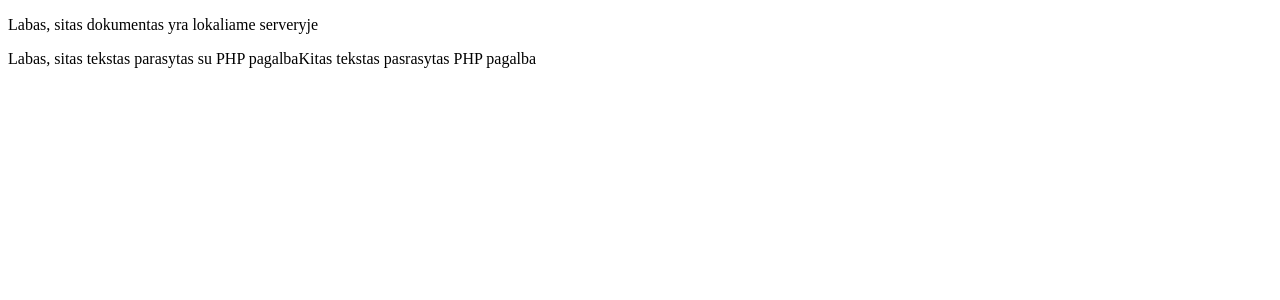
Repository: motiejus1/01-paskaita-PHP-05.31
Page: http://localhost/
The author's editor kept a copy of each file at every save. The page is drawn from the files as they stood at one save, then again after a run of saves.
The browser window is 1280 px wide. The pictures show the whole page.
The page is run by PHP 8.4 with error messages shown; the project is at /var/www/html/.

Above is the page before, as saved 2021-07-22 20:34:46.

After the next 3 saves:
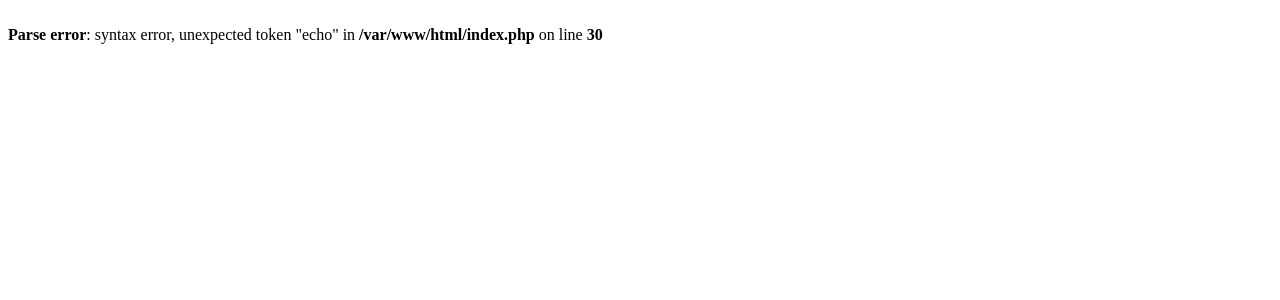
The 3 saves are shown as one change because they came seconds apart.
The last was saved 13 s later.
--- a/index.php
+++ b/index.php
@@ -24,6 +24,9 @@
         $tiesa = true;
         $melas = false;
 
+
+        echo
+
         echo "Labas, sitas tekstas parasytas su PHP pagalba";
         echo "Kitas tekstas pasrasytas PHP pagalba";
     ?>

After the 2 saves that followed:
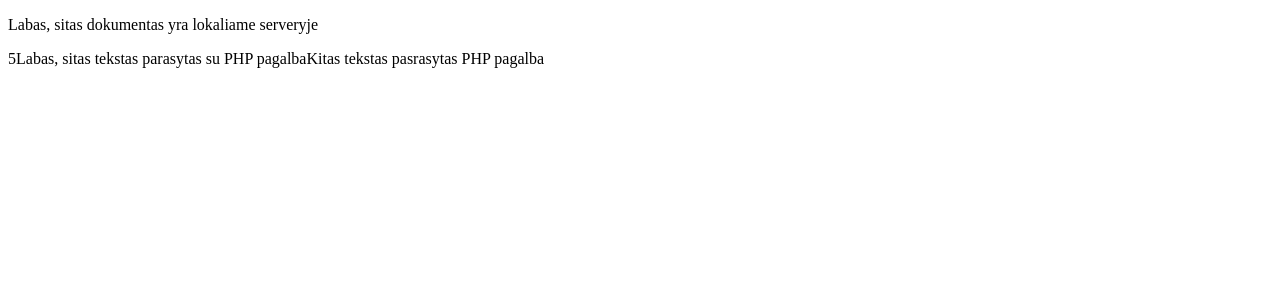
The 2 saves are shown as one change because they came seconds apart.
The last was saved 14 s later.
--- a/index.php
+++ b/index.php
@@ -25,7 +25,8 @@
         $melas = false;
 
 
-        echo
+        echo $skaicius;
+
 
         echo "Labas, sitas tekstas parasytas su PHP pagalba";
         echo "Kitas tekstas pasrasytas PHP pagalba";
